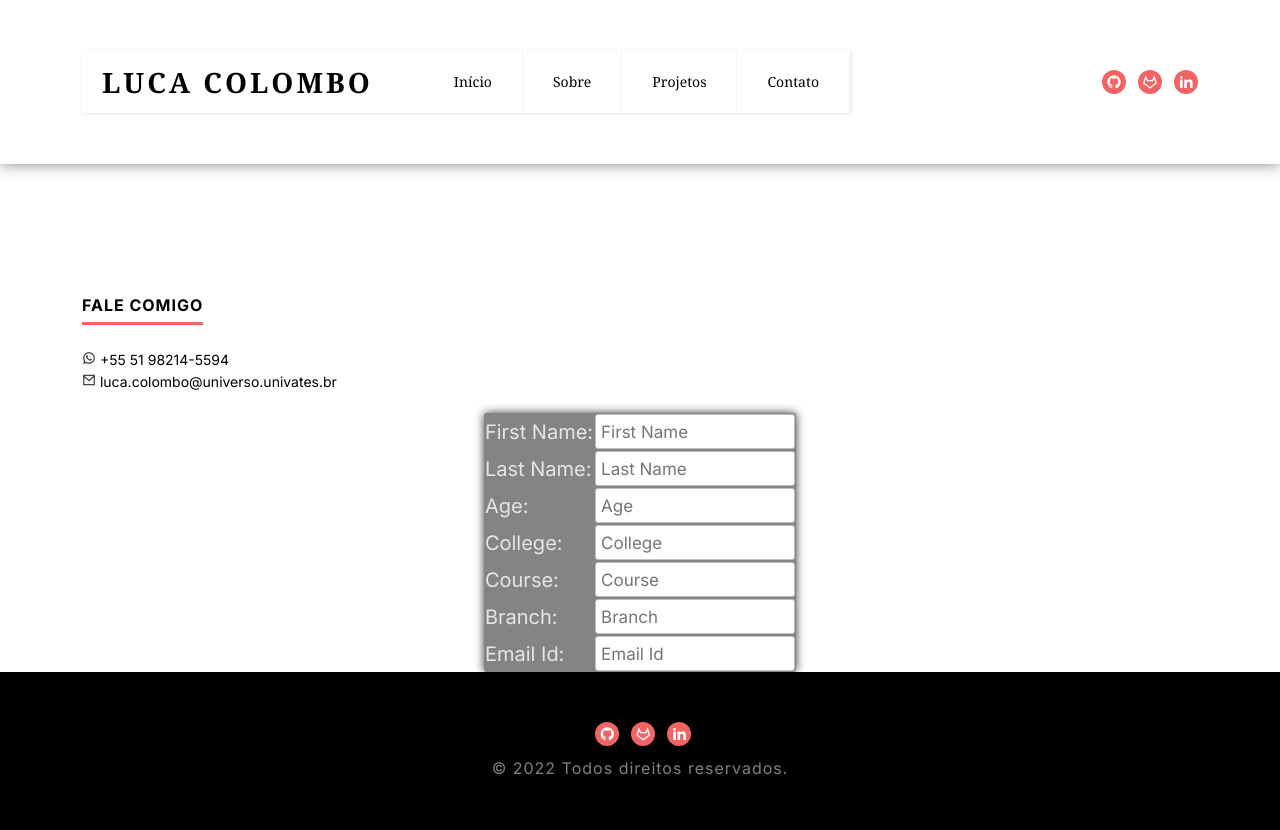
Repository: lxcxcxlxmb/portfolio
Page: contato.html
These files come from the project's save history. The page is drawn as it stood at one moment and after the next save; the edit follows.
The browser window is 1280 px wide. The pictures show the whole page.

Above is the page before, as saved 2022-05-25 16:28:20.

After the next save:
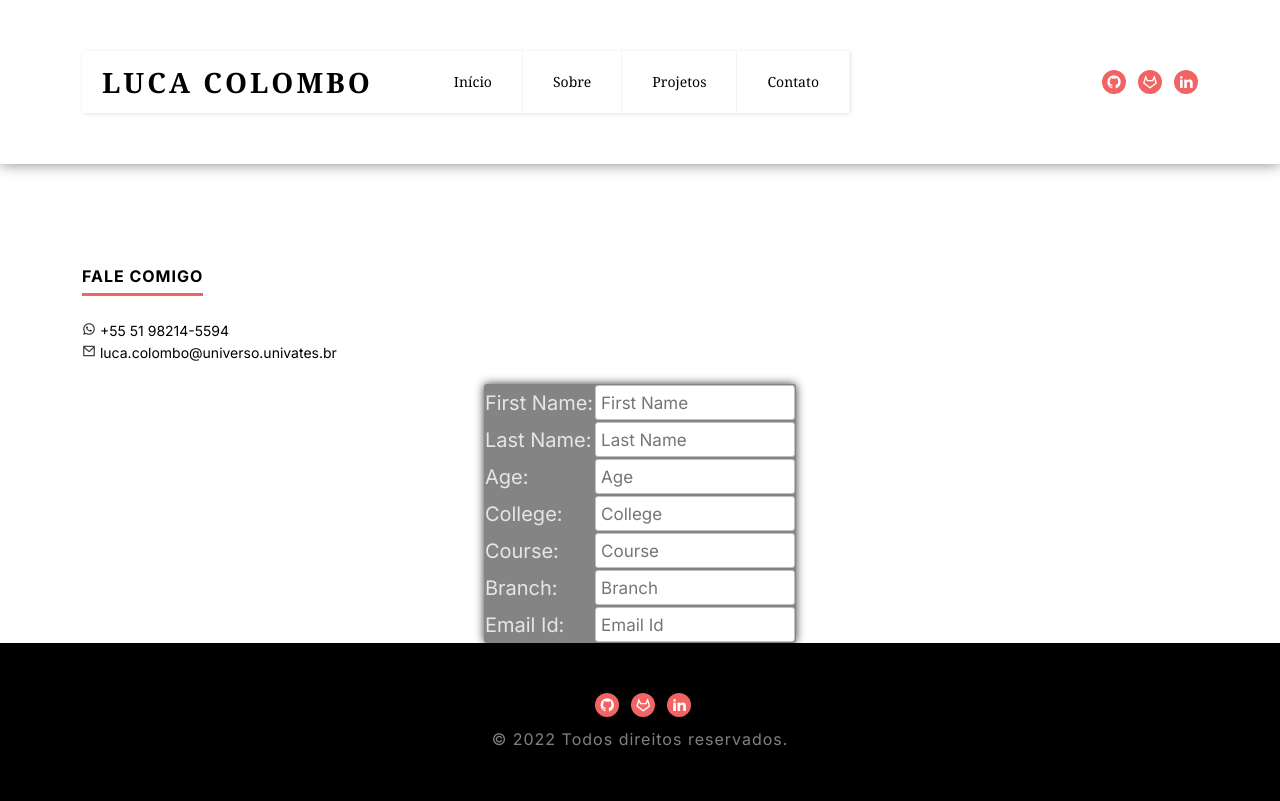
Saved 4 min 56 s later.
--- a/styles.css
+++ b/styles.css
@@ -875,7 +875,7 @@ span.ds-department {
 	}
 }
 
-.ds-heading {
+.ds-headingproj {
 	margin-top: 30px;
 }
 
